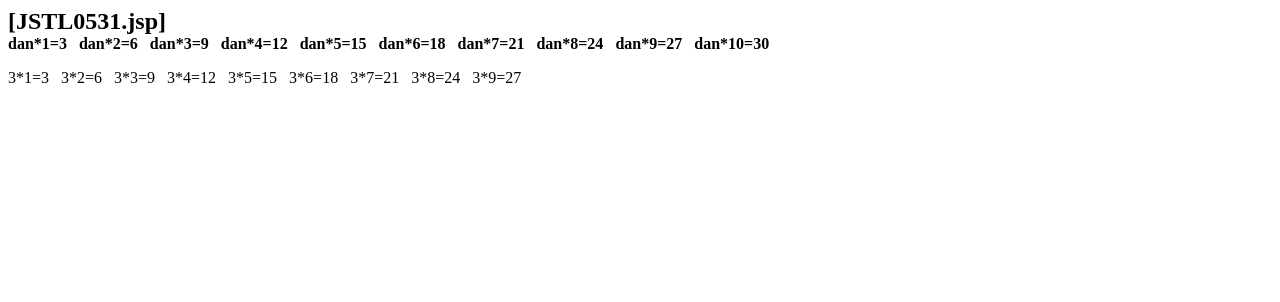
Repository: sorakazae/ITBANK_JSP_101
Page: http://localhost/Web0517/JSTL0531.jsp
An editor plug-in stored every save of this project. The page is shown before and after the next save, followed by the edit.
The browser window is 1280 px wide. The pictures show the whole page.
The page is served by Tomcat 9.

Above is the page before, as saved 2014-06-01 01:18:16.

After the next save:
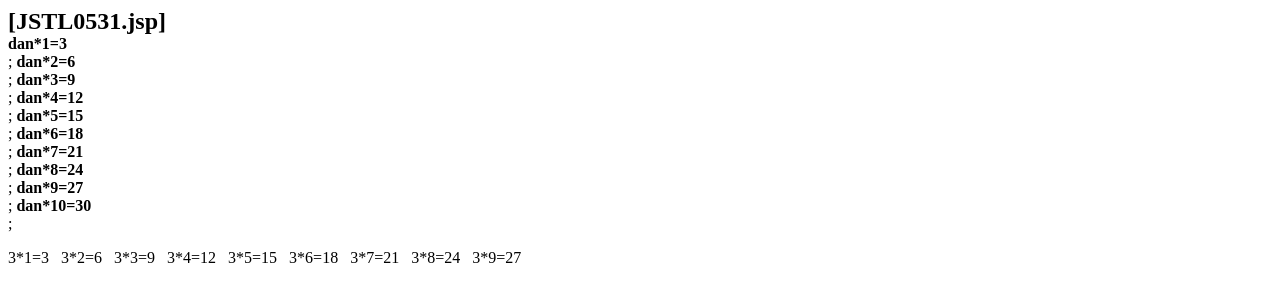
Saved 30 s later.
--- a/day8/my/Web0517/WebContent/JSTL0531.jsp
+++ b/day8/my/Web0517/WebContent/JSTL0531.jsp
@@ -13,7 +13,7 @@
 
  <c:set var="dan" value="3"/>
  <c:forEach var="i" begin="1" end="10" step="1">
-   <b>${"dan"}*${i}=${dan*i} </b>&nbsp;
+   <b>${"dan"}*${i}=${dan*i} </b><br>;
  </c:forEach>
 
 
